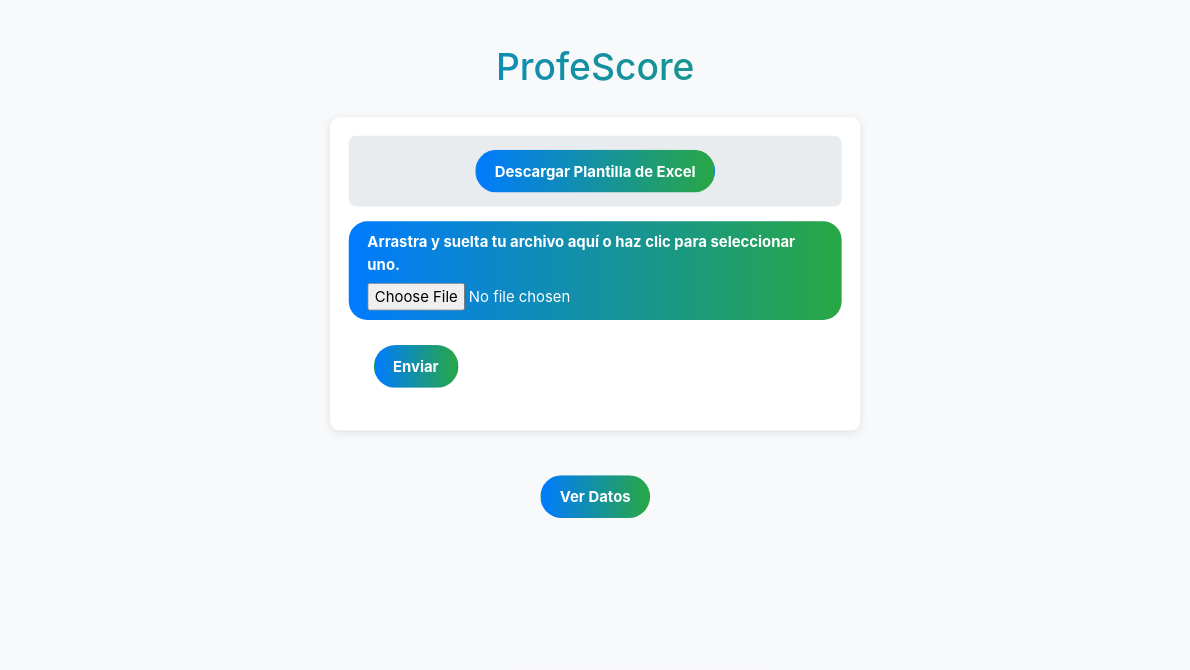
Repository: Sasonyera/ProfeScore
Page: http://localhost/index
These files come from the project's save history. The page is drawn as it stood at one moment and after the next save; the edit follows.
The browser window is 1280 px wide. The pictures show the whole page, at 93% of full size.
The page is this project's Thymeleaf template; nobody is signed in. The template is opened directly, without the code that normally fills it, so the values that code supplies are empty.

Above is the page before, as saved 2024-10-18 21:28:18.

### profescore/src/main/resources/templates/index.html
<!DOCTYPE html>
<html lang="es">
<head>
	<link rel="icon" href="/favi1.png" type="image/png">
    <meta charset="UTF-8">
    <title>ProfeScore</title>
    <!-- Bootstrap CSS -->
    <link rel="stylesheet" href="https://maxcdn.bootstrapcdn.com/bootstrap/4.0.0/css/bootstrap.min.css">

	<link rel="stylesheet" href="/styles.css">

</head>

<body>
    <div class="container mt-5 mb-5">
        <h1 class="text-center title">ProfeScore</h1>
        <div class="row justify-content-center">
            <div class="col-md-6 form-container">
                <div class="button-group text-center mb-3">
                    <button id="downloadTemplate" class="btn btn-custom">Descargar Plantilla de Excel</button>
                </div>
                <form id="uploadForm">
                    <div class="form-group file-upload" id="fileDropArea">
                        <label for="excelFile">Arrastra y suelta tu archivo aquí o haz clic para seleccionar uno.</label>
                        <input type="file" id="excelFile" name="file" accept=".xlsx, .xls" onchange="updateFileName()">
                        <div id="fileName" class="file-name"></div>
                    </div>
                    <button type="submit" class="btn btn-custom" id="btnEnviar">Enviar</button>
                </form>
            </div>
        </div>
    </div>

    <!-- Modal para mostrar mensajes -->
    <div class="modal fade" id="responseModal" tabindex="-1" role="dialog" aria-labelledby="responseModalLabel" aria-hidden="true">
      <div class="modal-dialog" role="document">
        <div class="modal-content">
          <div class="modal-header">
            <h4 class="modal-title" id="responseModalLabel"></h4>
            <button type="button" class="close" data-dismiss="modal" aria-label="Cerrar">
              <span aria-hidden="true">&times;</span>
            </button>
          </div>
          <div class="modal-body" id="responseMessage"></div>
          <div class="modal-footer">
            <button type="button" class="btn btn-secondary" data-dismiss="modal">Cerrar</button>
          </div>
        </div>
      </div>
    </div>
	<div class="container mt-5 mb-5">
	        <!-- ... -->
			<div class="text-center mt-4">
			    <a href="/ver-datos" class="btn btn-custom">Ver Datos</a>
			</div>

	    </div>

    <!-- Scripts necesarios -->
    <!-- Versión completa de jQuery -->
    <script src="https://code.jquery.com/jquery-3.6.0.min.js"></script>
    <!-- Popper.js y Bootstrap JS -->
    <script src="https://cdnjs.cloudflare.com/ajax/libs/popper.js/1.14.7/umd/popper.min.js"></script>
    <script src="https://maxcdn.bootstrapcdn.com/bootstrap/4.0.0/js/bootstrap.min.js"></script>
    <!-- Tu archivo script.js -->
    <script src="script.js"></script>
</body>
</html>

### profescore/src/main/resources/static/styles.css
body {
    background-color: #f8f9fa;
}

.form-container {
    background-color: #ffffff;
    padding: 20px;
    border-radius: 10px;
    box-shadow: 0 2px 10px rgba(0, 0, 0, 0.1);
}

.button-group {
    background-color: #e9ecef;
    padding: 15px;
    border-radius: 8px;
    margin-bottom: 20px;
    text-align: center;
}

.btn-custom {
    background: linear-gradient(90deg, #007bff, #28a745);
    color: white;
    font-weight: bold;
    border-radius: 30px;
    padding: 10px 20px;
    transition: background 0.3s;
    margin: auto;
    display: block;
    width: fit-content;
}
#btnEnviar{
	margin:5%;
}

.btn-custom:hover {
    background: linear-gradient(90deg, #0056b3, #218838);
}
#fileDropArea{
	background: linear-gradient(90deg, #007bff, #28a745);
	   color: white;
	   font-weight: bold;
	   border-radius: 20px;
	   padding: 10px 20px;
	   transition: background 0.3s;
	   margin: 0 auto;
	   display: block;
	   width: fit-content;
}

.title {
    font-size: 2.5rem;
    background: linear-gradient(90deg, #007bff, #28a745);
    -webkit-background-clip: text;
    -webkit-text-fill-color: transparent;
    margin-bottom: 30px;
}

.custom-table {
    background-color: #ffffff;
    border-radius: 10px;
    overflow: hidden;
    box-shadow: 0 2px 10px rgba(0, 0, 0, 0.1);
}

.custom-table th {
    background: linear-gradient(90deg, #007bff, #28a745);
    color: white;
    text-align: center;
}

.custom-table td {
    text-align: center;
}

.custom-table tr:nth-child(even) {
    background-color: #f2f2f2;
}

.custom-table tr:hover {
    background-color: #e9ecef;
}

### profescore/src/main/resources/static/script.js
// Manejar el clic en el botón de descarga de la plantilla
document.getElementById('downloadTemplate').addEventListener('click', function() {
    window.location.href = '/download-template';
});

// Mostrar el nombre del archivo seleccionado
function updateFileName() {
    const input = document.getElementById('excelFile');
    const fileNameDisplay = document.getElementById('fileName');
    const fileName = input.files.length > 0 ? input.files[0].name : '';
    fileNameDisplay.textContent = fileName ? `Archivo seleccionado: ${fileName}` : '';
}

// Lógica de arrastrar y soltar archivos
const dropArea = document.getElementById('fileDropArea');

dropArea.addEventListener('dragover', (e) => {
    e.preventDefault();
    dropArea.classList.add('dragging');
});

dropArea.addEventListener('dragleave', () => {
    dropArea.classList.remove('dragging');
});

dropArea.addEventListener('drop', (e) => {
    e.preventDefault();
    dropArea.classList.remove('dragging');

    const input = document.getElementById('excelFile');
    const file = e.dataTransfer.files[0];

    if (file && (file.name.endsWith(".xls") || file.name.endsWith(".xlsx"))) {
        input.files = e.dataTransfer.files;
        updateFileName();
    } else {
        alert('Por favor, sube un archivo Excel válido (.xls o .xlsx).');
    }
});

// Permitir hacer clic en el área de carga para abrir el diálogo de selección de archivos
dropArea.addEventListener('click', () => {
    document.getElementById('excelFile').click();
});

// Envío del formulario usando fetch
document.getElementById('uploadForm').addEventListener('submit', function(e) {
    e.preventDefault();

    const inputFile = document.getElementById('excelFile');

    if (inputFile.files.length === 0) {
        showModal('Fallo el Envío', 'Por favor, selecciona un archivo.');
        return;
    }

    const formData = new FormData();
    formData.append('file', inputFile.files[0]);

    fetch('/upload-excel', {
        method: 'POST',
        body: formData
    })
    .then(response => response.text())
    .then(data => {
        if (data === 'success') {
            showModal('Envío Correcto', 'El archivo se ha enviado correctamente.');
			setTimeout(function() {
			    location.reload();
			}, 2000);
        } else {
            showModal('Fallo el Envío', data);
			setTimeout(function() {
			    location.reload();
			}, 2000);
        }
    })
    .catch(error => {
        console.error('Error:', error);
        showModal('Fallo el Envío', 'Ocurrió un error al enviar el archivo.');
		setTimeout(function() {
		    location.reload();
		}, 2000);
    });
});

// Función para mostrar el modal con mensajes
function showModal(title, message) {
    document.getElementById('responseModalLabel').innerText = title;
    document.getElementById('responseMessage').innerText = message;
    $('#responseModal').modal('show');
}

After the next save:
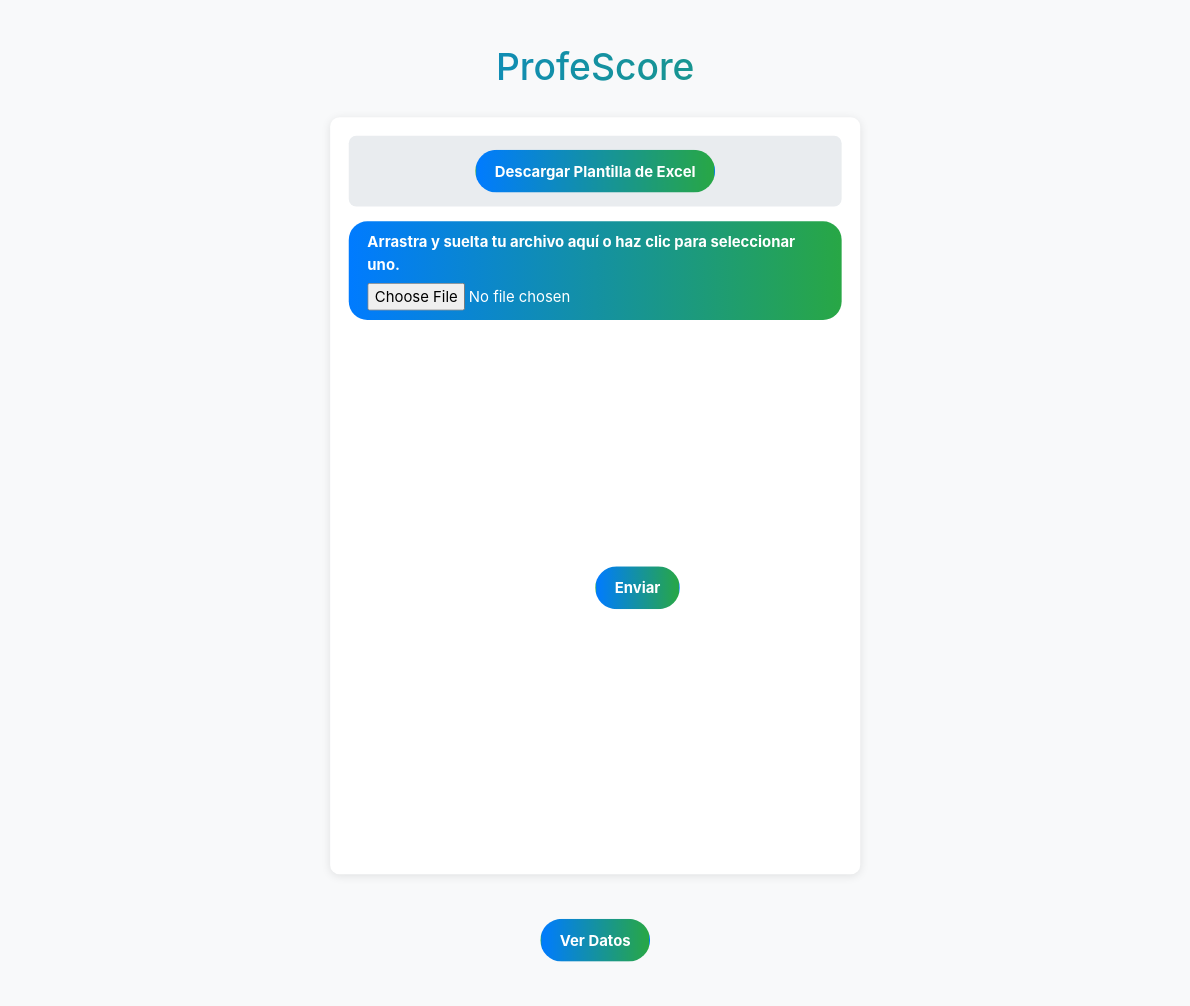
Saved 18 s later.
--- a/profescore/src/main/resources/static/styles.css
+++ b/profescore/src/main/resources/static/styles.css
@@ -29,7 +29,7 @@
     width: fit-content;
 }
 #btnEnviar{
-	margin:5%;
+	margin:50%;
 }
 
 .btn-custom:hover {

After the save that followed:
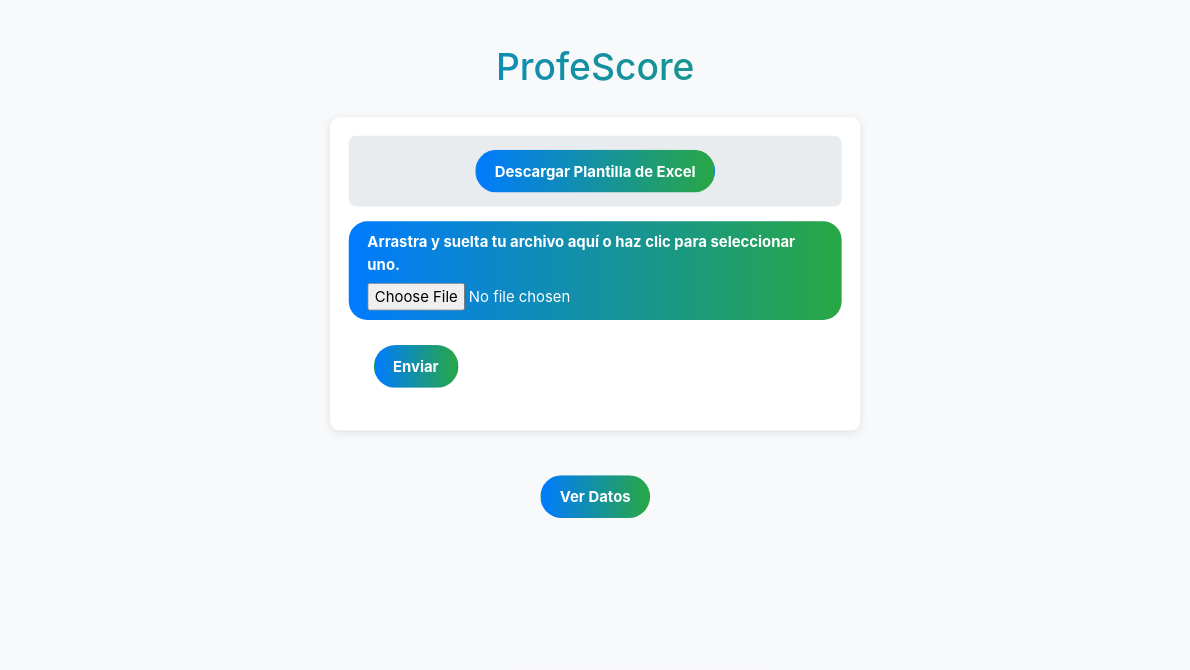
Saved 35 s later.
--- a/profescore/src/main/resources/static/styles.css
+++ b/profescore/src/main/resources/static/styles.css
@@ -29,7 +29,8 @@
     width: fit-content;
 }
 #btnEnviar{
-	margin:50%;
+
+	margin:5%;
 }
 
 .btn-custom:hover {
